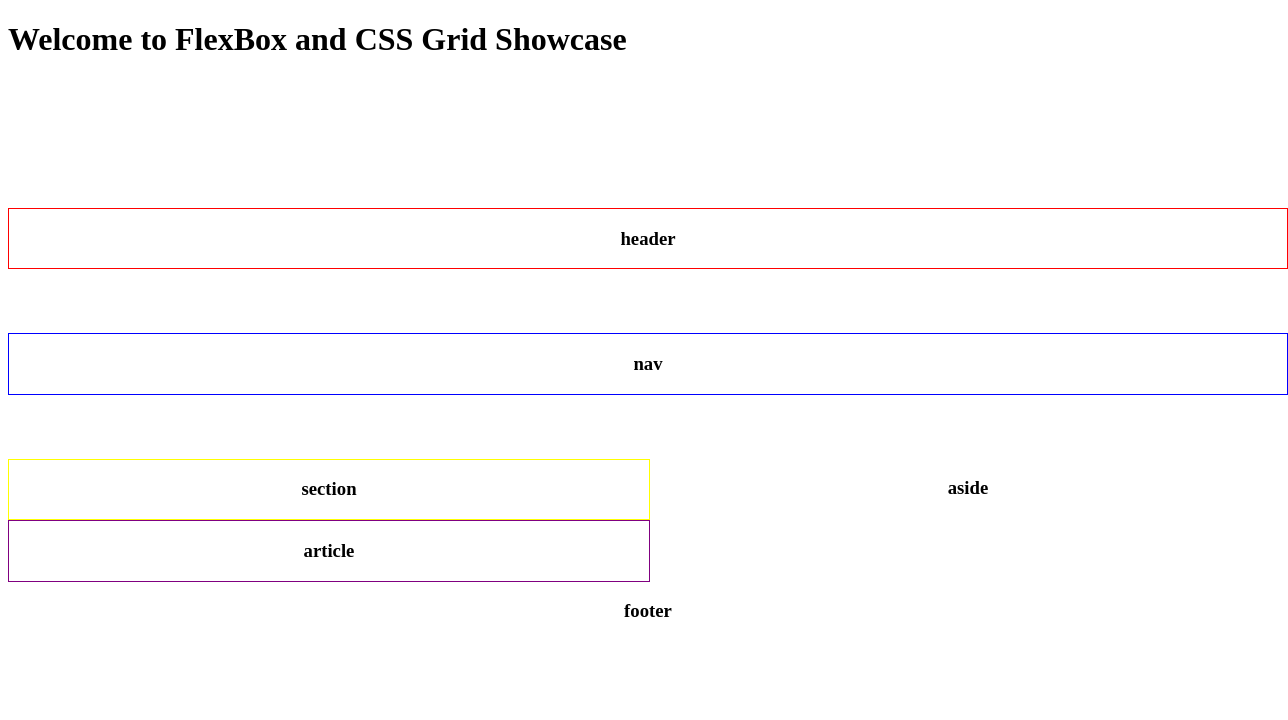
Repository: Awhit-commits/CSS_GRID_AND_FLEXBOX_LESSON
Page: index.html
The author's editor kept a copy of each file at every save. The page is drawn from the files as they stood at one save, then again after a run of saves.
The browser window is 1280 px wide. The page is 1288 px wide, so the pictures cover 1288 px, including what lies to the right of the window. The pictures show the whole page.

Above is the page before, as saved 2020-12-21 18:31:08.

After the next 3 saves:
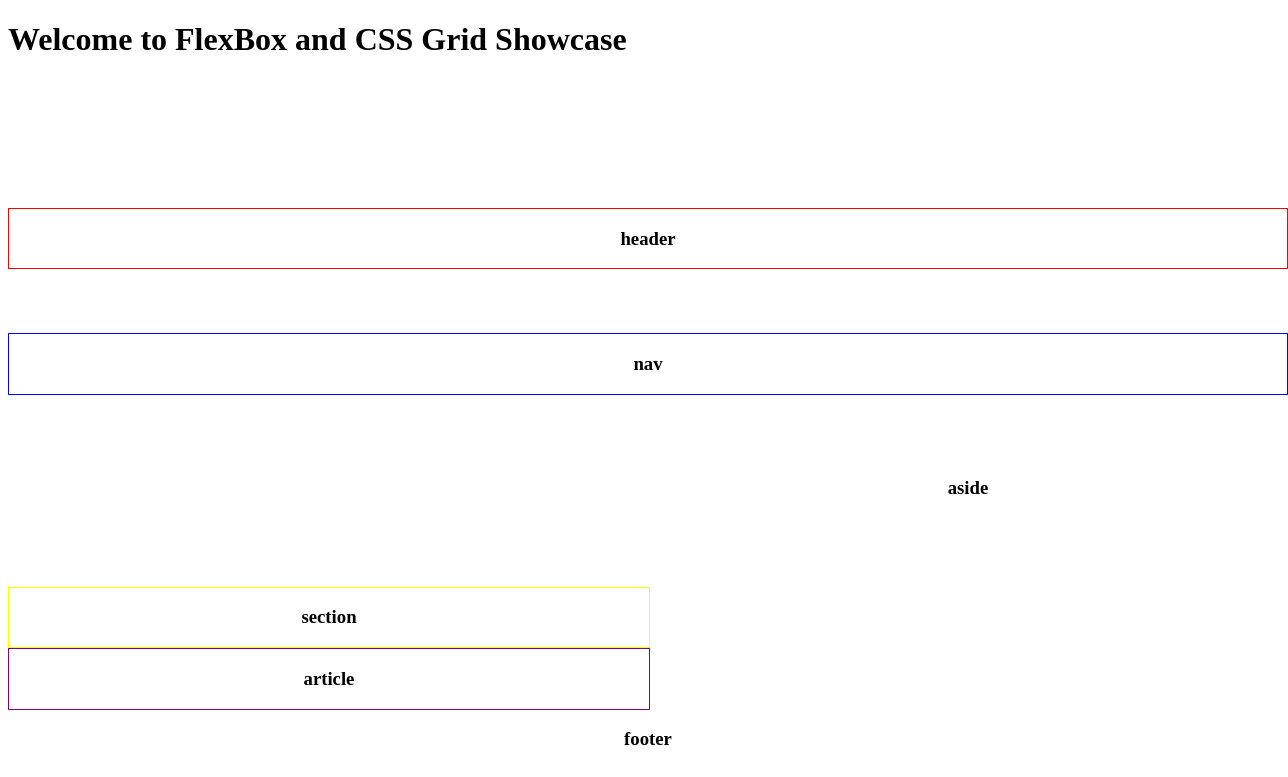
The 3 saves are shown as one change because they came seconds apart.
The last was saved 24 s later.
--- a/style.css
+++ b/style.css
@@ -34,6 +34,7 @@
     width:100%;
     align-items:flex-start;
     text-align: center;
+    margin-top: 10%;
     /* flex: 2 auto; */
 }
 .header{

After the save that followed:
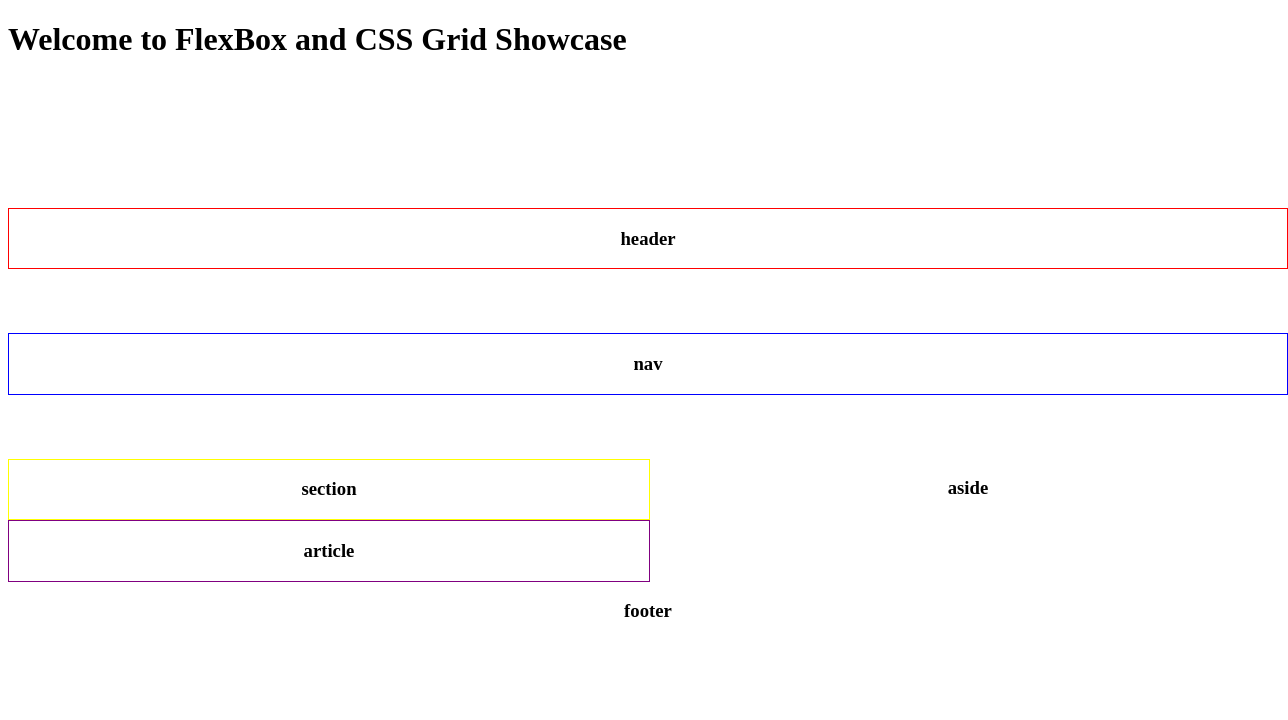
Saved 7 s later.
--- a/style.css
+++ b/style.css
@@ -34,7 +34,6 @@
     width:100%;
     align-items:flex-start;
     text-align: center;
-    margin-top: 10%;
     /* flex: 2 auto; */
 }
 .header{
